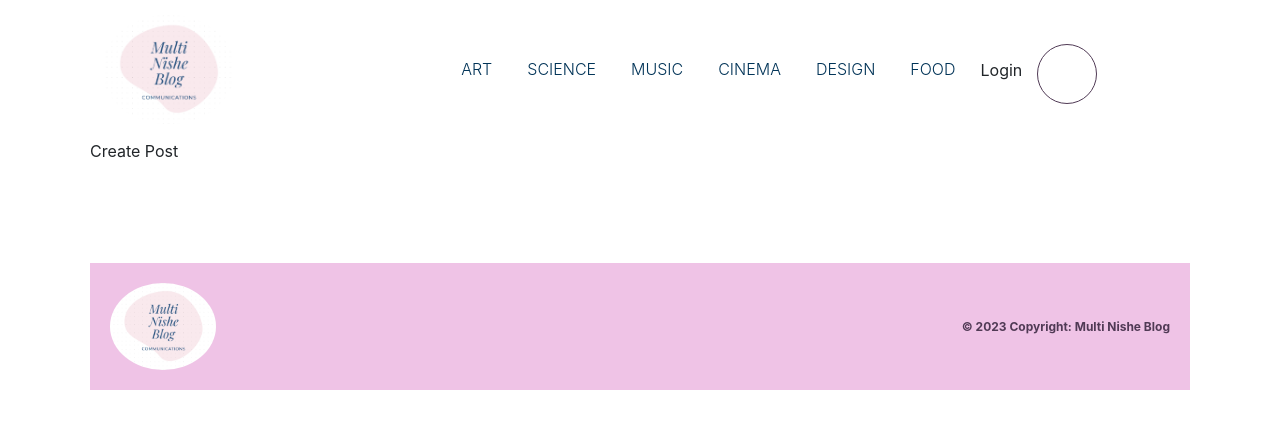
Repository: LolaSL/multi-niche-blog
Page: /createpost (app in frontend/)
An editor plug-in stored every save of this project. The page is shown before and after the next save, followed by the edit.
The browser window is 1280 px wide. The pictures show the whole page.
The project was rebuilt for these pictures with package versions that can differ from the ones it lists, and the page was loaded fresh each time. Also part of the build but not shown: frontend/src/pages/Register.jsx, frontend/src/pages/Login.jsx, frontend/src/pages/Post.jsx, frontend/src/pages/Home.jsx.

Above is the page before, as saved 2023-01-29 10:10:10.

After the next save:
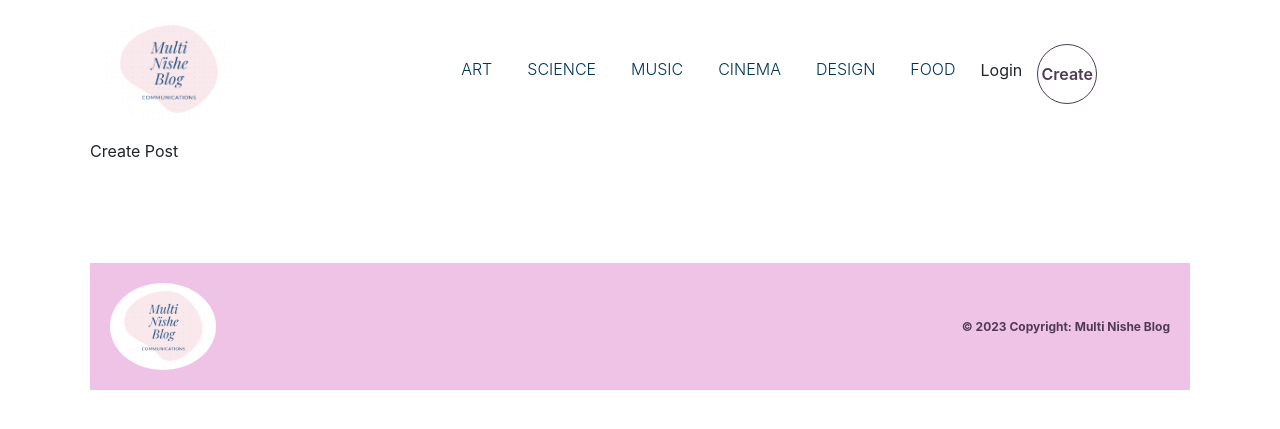
Saved 13 s later.
--- a/frontend/src/index.css
+++ b/frontend/src/index.css
@@ -76,7 +76,7 @@ h6 {
   justify-content: center;
   font-weight: 600;
   border: 1px solid hsl(289, 19%, 28%);
-  color: white;
+  color:  hsl(289, 19%, 28%);
 }
 .create:hover {
   color: white;
